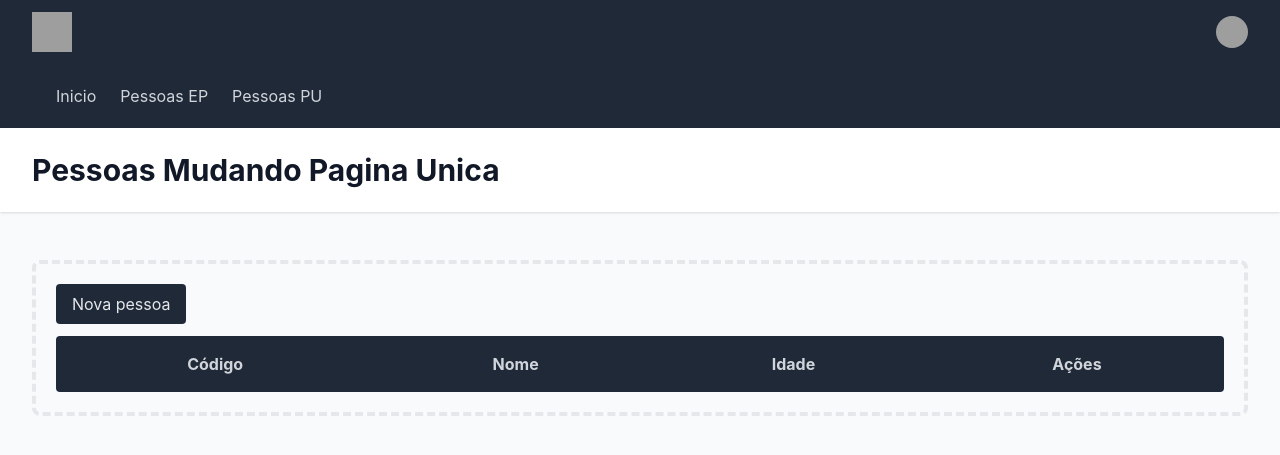
Repository: NunesXdecK/portfolio-jn-old
Page: /pessoacadastrodois
These files come from the project's save history. The page is drawn as it stood at one moment and after the next save; the edit follows.
The browser window is 1280 px wide. The pictures show the whole page.
Pictures or frames that could not be fetched are drawn as grey boxes. The page's requests for data from a server got no answer. The project was rebuilt for these pictures with package versions that can differ from the ones it lists, and the page was loaded fresh each time. The framework's server and built-in components were replaced by stand-ins that run in the browser. No one was signed in, and anything a server would have sent is missing. Also part of the build but not shown: next.config.js, src/components/EntradaTexto.tsx, src/components/FormularioPessoa.tsx.

Above is the page before, as saved 2022-01-08 09:18:31.

### src/pages/pessoacadastrodois.tsx
import { useEffect, useState } from "react";
import Botao from "../components/Botao";
import FormularioPessoa from "../components/FormularioPessoa";
import Layout from "../components/Layout";
import Tabela from "../components/Tabela";
import Pessoa from "../core/Pessoa";
import PessoaRepositorio from "../core/PessoaRepositorio";
import PessoaColecao from "../db/PessoaColecao";
import usePessoas from "../hooks/usePessoas";

export default function Home() {

  const {
    tabelaVisivel,
    pessoa,
    pessoas,
    obterPessoas,
    salvarPessoa,
    novaPessoa,
    selecionarPessoa,
    exlcuirPessoa
  } = usePessoas()

  return (
    <Layout titulo="Pessoas Mudando Pagina Unica">
      {tabelaVisivel ? (
        <>
          <Botao onClick={novaPessoa} cor="cinza">Nova pessoa</Botao>
          <Tabela
            pessoas={pessoas}
            verId={true}
            paginaUnica={true}
            pessoaSelecionado={selecionarPessoa}
            pessoaExcluido={exlcuirPessoa} />
        </>
      ) : (
        <FormularioPessoa
          pessoaAlterou={salvarPessoa}
          pessoaNova={novaPessoa}
          paginaUnica={true}
          paginaUnicaFuncao={obterPessoas} pessoa={pessoa} />
      )}

    </Layout>
  )
}

### src/styles/globals.css
@tailwind base;
@tailwind components;
@tailwind utilities;

html, body {
  padding: 0;
  margin: 0;
  background-color: rgb(249 250 251);
  font-family: -apple-system, BlinkMacSystemFont, Segoe UI, Roboto, Oxygen,
    Ubuntu, Cantarell, Fira Sans, Droid Sans, Helvetica Neue, sans-serif;
}

a {
  color: inherit;
  text-decoration: none;
}

* {
  box-sizing: border-box;
}

### src/components/Botao.tsx
import Link from "next/link"

interface BotaoProps {
    cor?: 'verde' | 'azul' | 'cinza' | 'vermelho'
    children: any,
    onClick?: () => void,
    link?: boolean,
    destino?: string
}

export default function Botao(props: BotaoProps) {
    const cinza = "bg-gray-800 hover:bg-gray-600"
    const vermelho = "bg-red-800 hover:bg-red-600"
    const azul = "bg-blue-800 hover:bg-blue-600"
    const verde = "bg-green-800 hover:bg-green-600"
    let cor = cinza

    switch (props.cor) {
        case 'vermelho':
            cor = vermelho
            break
        case 'azul':
            cor = azul
            break
        case 'verde':
            cor = verde
            break
    }

    const styleFinal = "px-4 py-2 mb-3 mr-3 rounded text-gray-200 " + cor + " transition"

    return (
        props.link ?
            (<Link href={props.destino}>
                <button className={styleFinal}>
                    {props.children}
                </button>
            </Link>)
            : (
                <button onClick={props.onClick} className={styleFinal}>
                    {props.children}
                </button>
            )
    )
}

### src/components/Layout.tsx
import Menu from "./Menu"
import Titulo from "./Titulo"

interface LayoutProps {
    titulo?: string
    children?: any
}

export default function Layout(props: LayoutProps) {
    return (
        <div className="h-full">
            <header>
                <Menu/>
                <div className="bg-white shadow">
                    <Titulo>{props.titulo}</Titulo>
                </div>
            </header>

            <main>
                <div className="max-w-7xl mx-auto py-6 sm:px-6 lg:px-8">
                    <div className="px-4 py-6 sm:px-0">
                        <div className="p-5 border-4 border-dashed border-gray-200 rounded-lg">
                            {props.children ?? "Sem Conteúdo"}
                        </div>
                    </div>
                </div>
            </main>
        </div>
    )
}

### src/components/Tabela.tsx
import Link from "next/link";
import Pessoa from "../core/Pessoa";
import { IconeEdicao, IconeLixeira, IconeTabelaButtonEdicaoStyles, IconeTabelaButtonLixeiraStyles } from "./Icones";

interface TabelaProps {
    pessoas: Pessoa[],
    verId?: boolean,
    paginaUnica?: boolean,
    selecionarPessoa?: (pessoa: Pessoa) => void,
    pessoaExcluido?: (pessoa: Pessoa) => void
}

export default function Tabela(props: TabelaProps) {

    let tdStyles = "text-center p-4"

    function renderizarCabecalho() {
        return (
            <tr>
                {props.verId ? <th className={tdStyles}>Código</th> : false}
                <th className={tdStyles}>Nome</th>
                <th className={tdStyles}>Idade</th>
                {props.selecionarPessoa || props.pessoaExcluido ? (
                    <th className={tdStyles}>Ações</th>
                ) : false}
            </tr>
        )
    }

    function renderizarDados() {
        return props.pessoas?.map((pessoa, i) => {
            return (
                <tr key={pessoa.id}
                    className={`${i % 2 === 0 ? "bg-gray-100" : "bg-gray-200"}`}>
                    {props.verId ? <td className={tdStyles}>{pessoa.id}</td> : false}
                    <td className={tdStyles}>{pessoa.nome}</td>
                    <td className={tdStyles}>{pessoa.idade}</td>
                    {props.selecionarPessoa || props.pessoaExcluido ? (
                        renderizarAcoes(pessoa)
                    ) : false}
                </tr>
            )
        })
    }
    function renderizaBotaoEdicao(pessoa: Pessoa) {
        let botao
        if (props.paginaUnica) {
            botao = (
                <button onClick={() => props.selecionarPessoa?.(pessoa)} className={IconeTabelaButtonEdicaoStyles}>
                    {IconeEdicao}
                </button>
            )
        } else {
            botao = (
                <Link href={{ pathname: "/pessoacadastro", query: { "id": pessoa.id } }}>
                    <button className={IconeTabelaButtonEdicaoStyles}>
                        {IconeEdicao}
                    </button>
                </Link>
            )
        }
        return botao
    }

    function renderizarAcoes(pessoa: Pessoa) {
        return (
            <td className="p-4 justify-center flex">
                {props.selecionarPessoa ? (
                    renderizaBotaoEdicao(pessoa)
                ) : false}

                {props.pessoaExcluido ? (
                    <button onClick={() => props.pessoaExcluido?.(pessoa)} className={IconeTabelaButtonLixeiraStyles}>{IconeLixeira}</button>
                ) : false}
            </td>
        )
    }

    return (
        <table className="w-full overflow-hidden rounded">
            <thead className="bg-gray-800 text-gray-300">
                {renderizarCabecalho()}
            </thead>
            <tbody>
                {renderizarDados()}
            </tbody>
        </table>
    )
}

### src/hooks/usePessoas.ts
import { useEffect, useState } from "react"
import Pessoa from "../core/Pessoa"
import PessoaColecao from "../db/PessoaColecao"
import useTabelaForm from "./useTabelaForm"

export default function usePessoas() {
    const repo = new PessoaColecao()

    const { tabelaVisivel, exibirTabela, exibirFormulario } = useTabelaForm()

    const [pessoa, setPessoa] = useState<Pessoa>(Pessoa.vazio())
    const [pessoas, setPessoas] = useState<Pessoa[]>([])

    useEffect(() => {
        obterPessoas()
    }, [])

    function obterPessoas() {
        repo.obterTodos().then(setPessoas)
        exibirTabela()
    }

    function novaPessoa() {
        setPessoa(Pessoa.vazio())
        exibirFormulario()
    }

    function salvarPessoa(pessoa: Pessoa) {
        let r = repo.salvar(pessoa)
        if (r) {
            obterPessoas()
        }
    }

    function selecionarPessoa(pessoa: Pessoa) {
        setPessoa(pessoa)
        exibirFormulario()
    }

    function exlcuirPessoa(pessoa: Pessoa) {
        let r = repo.excluir(pessoa)
        if (r) {
            obterPessoas()
        }
    }

    return {
        tabelaVisivel,
        pessoa,
        pessoas,
        obterPessoas,
        salvarPessoa,
        novaPessoa,
        selecionarPessoa,
        exlcuirPessoa
    }
}

### src/core/Pessoa.ts
export default class Pessoa {
    #id: string
    #nome: string
    #idade: number

    static vazio() {
        return new Pessoa("", 0)
    }

    static pessoas() {
        const pessoas = [
            new Pessoa("Natasha", 30, "1"),
            new Pessoa("Melissa", 4, "12"),
            new Pessoa("Auxiliadora", 58, "44"),
            new Pessoa("Júnior", 34, "433")
        ]
        return pessoas
    }

    constructor(nome: string, idade: number, id: string = null) {
        this.#nome = nome
        this.#idade = idade
        this.#id = id
    }

    get id() {
        return this.#id
    }

    get nome() {
        return this.#nome
    }

    get idade() {
        return this.#idade
    }
}

### src/components/Menu.tsx
import Navegador from "./Navegador"

interface MenuProps {
    titulo?: any
}

export default function Menu(props: MenuProps) {
    return (
        <div className="min-h-full">
            <div className="bg-gray-800">
                <div className="max-w-7xl mx-auto px-4 sm:px-6 lg:px-8">
                    <div className="flex items-center justify-between h-16">
                        <div className="flex items-center">
                            <div className="flex-shrink-0">
                                <img
                                    className="h-10 w-10"
                                    src="https://tailwindui.com/img/logos/workflow-mark-indigo-500.svg"
                                    alt="Workflow"
                                />
                            </div>
                        </div>
                        <img
                            src="https://tailwindui.com/img/logos/workflow-mark-indigo-500.svg"
                            alt="Workflow"
                            className="h-8 w-8 rounded-full"
                        />
                    </div>

                    <div className="flex items-center justify-between">
                        <nav className="p-3 flex items-center">
                            <Navegador destino="/">Inicio</Navegador>
                            <Navegador destino="/pessoa">Pessoas EP</Navegador>
                            <Navegador destino="/pessoacadastrodois">Pessoas PU</Navegador>
                        </nav>
                    </div>
                </div>
            </div>
        </div>
    )
}

### src/components/Titulo.tsx
interface TituloProps {
    children?: any
}

export default function Titulo(props: TituloProps) {
    return (
        <div className="max-w-7xl mx-auto py-6 px-4 sm:px-6 lg:px-8">
            <h1 className="text-3xl font-bold text-gray-900">{props.children ?? "Titulo Placeholder"}</h1>
        </div>
    )
}

### src/components/Icones.tsx
export const IconeEdicao = (
    <svg xmlns="http://www.w3.org/2000/svg" className="h-6 w-6" fill="none" viewBox="0 0 24 24" stroke="currentColor" >
        <path strokeLinecap="round" strokeLinejoin="round" strokeWidth={2} d="M11 5H6a2 2 0 00-2 2v11a2 2 0 002 2h11a2 2 0 002-2v-5m-1.414-9.414a2 2 0 112.828 2.828L11.828 15H9v-2.828l8.586-8.586z" />
    </svg>
)

export const IconeLixeira = (
    <svg xmlns="http://www.w3.org/2000/svg" className="h-6 w-6" fill="none" viewBox="0 0 24 24" stroke="currentColor">
        <path strokeLinecap="round" strokeLinejoin="round" strokeWidth={2} d="M19 7l-.867 12.142A2 2 0 0116.138 21H7.862a2 2 0 01-1.995-1.858L5 7m5 4v6m4-6v6m1-10V4a1 1 0 00-1-1h-4a1 1 0 00-1 1v3M4 7h16" />
    </svg>
)

export const IconeTabelaButtonEdicaoStyles = "flex justify-center items-center p-2 m-1 rounded-full hover:text-green-600 transition"
export const IconeTabelaButtonLixeiraStyles = "flex justify-center items-center p-2 m-1 rounded-full hover:text-red-500 transition"

### src/db/PessoaColecao.ts
import Pessoa from "../core/Pessoa";
import { collection, deleteDoc, doc, getDocs, orderBy, query, setDoc, updateDoc } from "firebase/firestore";
import { db } from "./firebaseDB";

export default class PessoaColecao {

    #conversor = {
        toFirestore(pessoa: Pessoa) {
            return {
                nome: pessoa.nome,
                idade: pessoa.idade
            }
        },
        fromFirestore(snapshot, options): Pessoa {
            const dados = snapshot?.data(options)
            return new Pessoa(dados.nome, dados.idade, snapshot?.id)
        }
    }

    async salvar(pessoa: Pessoa) {
        try {
            if (pessoa?.id) {
                const docRef = await doc(this.colecao(), pessoa.id)
                await updateDoc(docRef, this.#conversor.toFirestore(pessoa))
                return true
            } else {
                const docRef = await doc(this.colecao())
                await setDoc(docRef, this.#conversor.toFirestore(pessoa))
                return true
            }
        } catch (e) {
            console.log(e)
        }
        return false
    }

    async excluir(pessoa: Pessoa) {
        try {
            const docRef = await doc(this.colecao(), pessoa.id)
            await deleteDoc(docRef)
            return true
        } catch (e) {
            console.log(e)
        }
        return false
    }

    async obterTodos() {
        const q = query(this.colecao(), orderBy("nome", "asc"))
        const promise = await getDocs(q)
        let pessoas = []
        promise.docs.map(doc => {
            pessoas.push(doc.data())
        })
        return pessoas
    }

    private colecao() {
        const collectionRef = collection(db, "pessoa").withConverter(this.#conversor);
        return collectionRef
    }
}

### src/hooks/useTabelaForm.ts
import { useState } from "react";

export default function useTabelaForm() {
    const t = "tabela"
    const f = "formulario"

    const [visivel, setVisivel] = useState<"tabela" | "formulario">(t)

    const exibirTabela = () => setVisivel(t)
    const exibirFormulario = () => setVisivel(f)

    return {
        tabelaVisivel: visivel === t,
        formularioVisivel: visivel === f,
        exibirTabela,
        exibirFormulario
    }
}

### src/components/Navegador.tsx
import Link from 'next/link'

interface NavegadorProps {
    children?: any
    destino: any
}

export default function Navegador(props: NavegadorProps) {
    return (
        <Link href={props.destino} passHref>
            <div className="h-10 p-3 flex rounded-md items-center cursor-pointer text text-gray-300 hover:bg-gray-700 hover:text-white ">
                {props.children ?? 'Titulo placeholder'}
            </div>
        </Link>
    )
}

### src/db/firebaseDB.ts
import { initializeApp } from "firebase/app"

import { getFirestore } from "firebase/firestore"

const firebaseConfig = {
    apiKey: process.env.NEXT_PUBLIC_FIREBASE_API_KEY,
    authDomain: process.env.NEXT_PUBLIC_FIREBASE_AUTH_DOMAIN,
    projectId: process.env.NEXT_PUBLIC_FIREBASE_PROJECT_ID
}

const app = initializeApp(firebaseConfig)
const db = getFirestore()

export { db }

Loaded but not shown: src/pages/_app.js (common file); tailwind.config.js (common file)

After the next save:
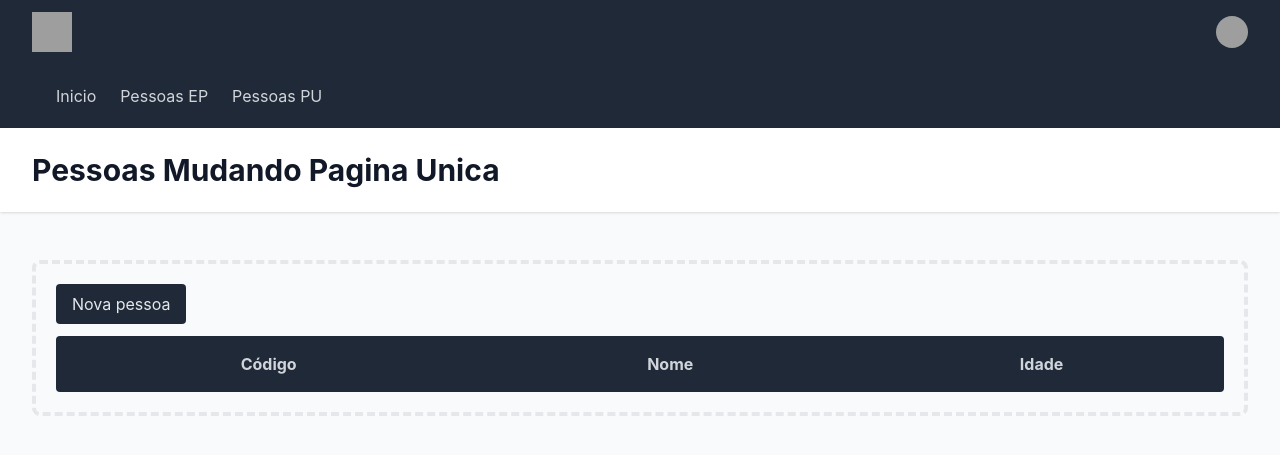
Saved 13 s later.
--- a/src/components/Tabela.tsx
+++ b/src/components/Tabela.tsx
@@ -7,7 +7,7 @@ interface TabelaProps {
     verId?: boolean,
     paginaUnica?: boolean,
     selecionarPessoa?: (pessoa: Pessoa) => void,
-    pessoaExcluido?: (pessoa: Pessoa) => void
+    excluirPessoa?: (pessoa: Pessoa) => void
 }
 
 export default function Tabela(props: TabelaProps) {
@@ -20,7 +20,7 @@ export default function Tabela(props: TabelaProps) {
                 {props.verId ? <th className={tdStyles}>Código</th> : false}
                 <th className={tdStyles}>Nome</th>
                 <th className={tdStyles}>Idade</th>
-                {props.selecionarPessoa || props.pessoaExcluido ? (
+                {props.selecionarPessoa || props.excluirPessoa ? (
                     <th className={tdStyles}>Ações</th>
                 ) : false}
             </tr>
@@ -35,7 +35,7 @@ export default function Tabela(props: TabelaProps) {
                     {props.verId ? <td className={tdStyles}>{pessoa.id}</td> : false}
                     <td className={tdStyles}>{pessoa.nome}</td>
                     <td className={tdStyles}>{pessoa.idade}</td>
-                    {props.selecionarPessoa || props.pessoaExcluido ? (
+                    {props.selecionarPessoa || props.excluirPessoa ? (
                         renderizarAcoes(pessoa)
                     ) : false}
                 </tr>
@@ -69,8 +69,8 @@ export default function Tabela(props: TabelaProps) {
                     renderizaBotaoEdicao(pessoa)
                 ) : false}
 
-                {props.pessoaExcluido ? (
-                    <button onClick={() => props.pessoaExcluido?.(pessoa)} className={IconeTabelaButtonLixeiraStyles}>{IconeLixeira}</button>
+                {props.excluirPessoa ? (
+                    <button onClick={() => props.excluirPessoa?.(pessoa)} className={IconeTabelaButtonLixeiraStyles}>{IconeLixeira}</button>
                 ) : false}
             </td>
         )

After the save that followed:
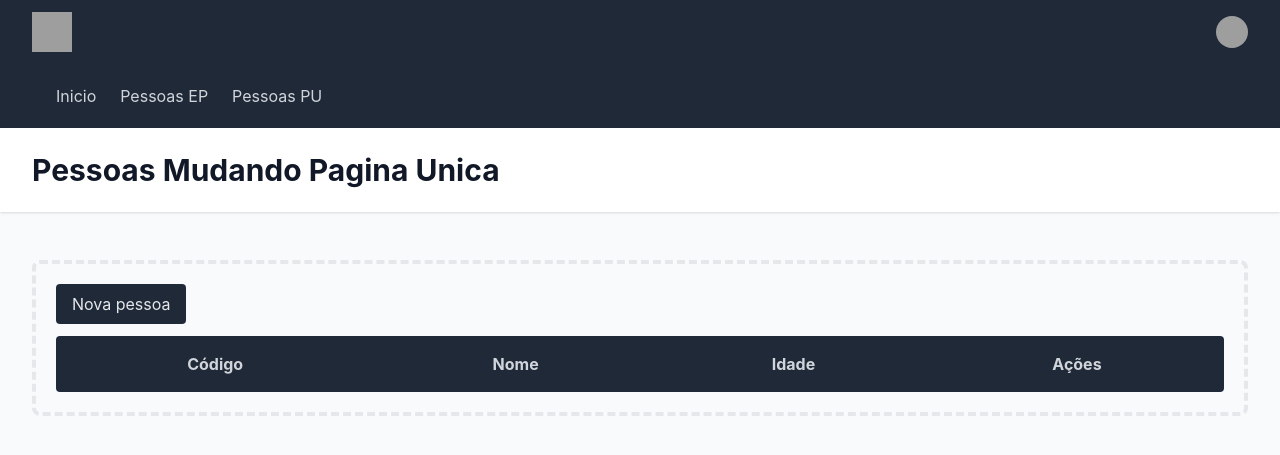
Saved 13 s later.
--- a/src/pages/pessoacadastrodois.tsx
+++ b/src/pages/pessoacadastrodois.tsx
@@ -30,8 +30,8 @@ export default function Home() {
             pessoas={pessoas}
             verId={true}
             paginaUnica={true}
-            pessoaSelecionado={selecionarPessoa}
-            pessoaExcluido={exlcuirPessoa} />
+            selecionarPessoa={selecionarPessoa}
+            excluirPessoa={exlcuirPessoa} />
         </>
       ) : (
         <FormularioPessoa
